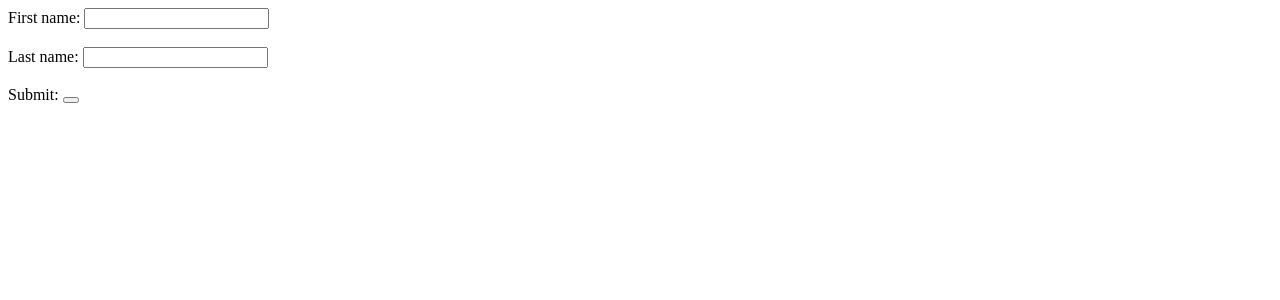
Repository: CP-Aayush/JSP-Projects
Page: jspdemo/WebContent/student-form.html
The author's editor kept a copy of each file at every save. The page is drawn from the files as they stood at one save, then again after the next save.
The browser window is 1280 px wide. The pictures show the whole page.

Above is the page before, as saved 2019-08-03 18:37:36.

After the next save:
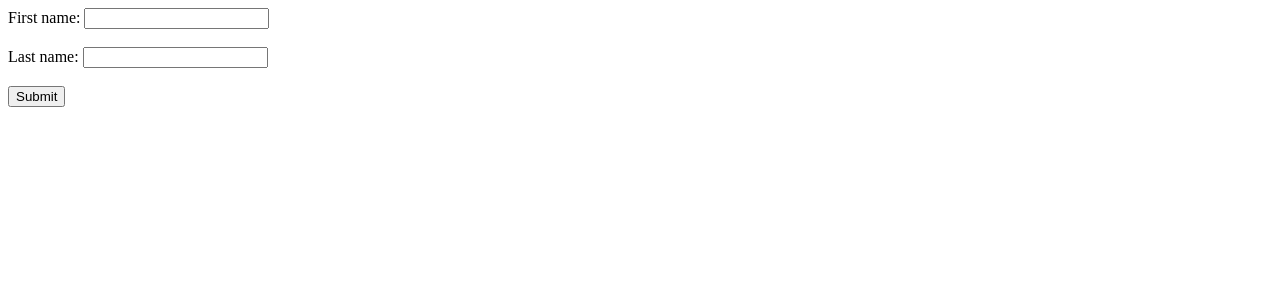
Saved 57 s later.
--- a/jspdemo/WebContent/student-form.html
+++ b/jspdemo/WebContent/student-form.html
@@ -5,7 +5,7 @@
 	<br><br>
 	Last name: <input type="text" name="lastname">
 	<br><br>
-	Submit: <button type="submit" value="Submit"/>
+	<input type="submit" value="Submit">
 
 </form>
 </body>
